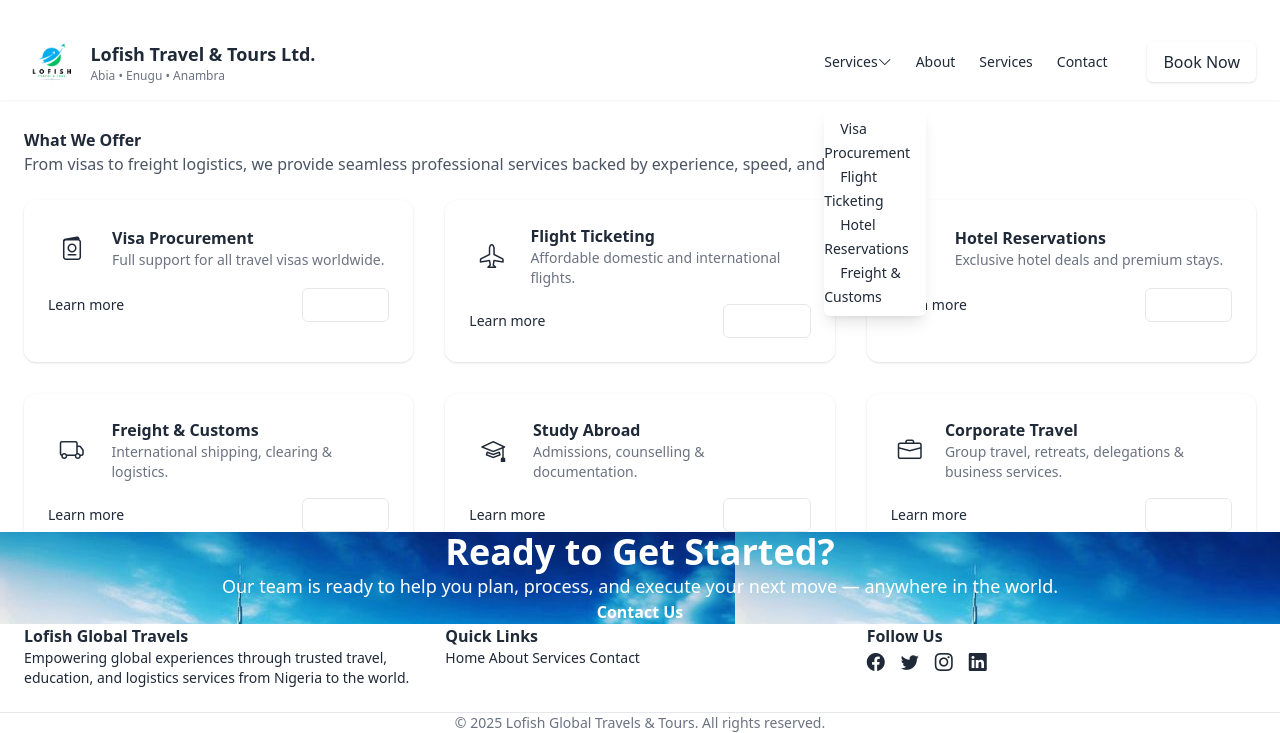
Repository: PhantomMiles/Lofish-Travels-and-Tours
Page: services.html
These files come from the project's save history. The page is drawn as it stood at one moment and after the next save; the edit follows.
The browser window is 1280 px wide. The pictures show the whole page.
Some web libraries are served in a nearby version.

Above is the page before, as saved 2025-11-14 11:03:27.

### services.html
<!DOCTYPE html>
<html lang="en">

<head>
  <meta charset="UTF-8" />
  <meta name="viewport" content="width=device-width, initial-scale=1.0" />
  <title>Our Services | Lofish Global Travels & Tours</title>

  <link rel="icon" type="image/png" href="img/logo_lofish.png" />
  <link rel="stylesheet" href="css/main.css">
  <link rel="stylesheet" href="node_modules/bootstrap-icons/font/bootstrap-icons.css">
  <link rel="preconnect" href="https://fonts.googleapis.com">
  <link rel="preconnect" href="https://fonts.gstatic.com" crossorigin>
  <link href="https://fonts.googleapis.com/css2?family=Lato:wght@300;400;700;900&display=swap" rel="stylesheet">
</head>

<body class="antialiased text-gray-800 bg-teal-500/5">


  <!-- ========================================================= -->
  <!-- HEADER (EXACT COPY FROM ABOUT.HTML) -->
  <!-- ========================================================= -->
  <header class="sticky top-0 z-50 w-full bg-white shadow-sm">
    <div class="flex items-center justify-between px-6 py-4 mx-auto max-w-7xl">

      <a class="flex items-center gap-3" href="index.html">
        <img src="img/logo_lofish.png" alt="Lofish logo" class="object-contain h-10 rounded-md w-14" />
        <div>
          <h1 class="text-lg font-semibold">Lofish Travel &amp; Tours Ltd.</h1>
          <p class="text-xs text-gray-500">Abia • Enugu • Anambra</p>
        </div>
      </a>

      <!-- Desktop nav -->
      <nav class="items-center hidden gap-6 md:flex">

        <!-- Services dropdown -->
        <div class="relative" id="servicesDropdownWrapper">
          <button id="servicesBtn" aria-expanded="false"
            class="flex items-center gap-2 py-1 text-sm font-medium text-gray-700 focus:outline-none group">
            Services
            <i class="bi bi-chevron-down"></i>
            <span
              class="absolute left-0 bottom-0 w-0 h-0.5 bg-teal-500 transition-all duration-300 group-hover:w-full"></span>
          </button>

          <div id="servicesDropdown"
            class="absolute right-0 invisible w-56 mt-2 transition-all origin-top-right transform scale-95 bg-white rounded-md shadow-lg opacity-0 pointer-events-none ring-1 ring-black ring-opacity-5">
            <div class="py-2">
              <a href="visa.html" class="block px-4 py-2 text-sm text-gray-700 hover:bg-teal-700/10">Visa Procurement</a>
              <a href="flights.html" class="block px-4 py-2 text-sm text-gray-700 hover:bg-teal-700/10">Flight Ticketing</a>
              <a href="hotels.html" class="block px-4 py-2 text-sm text-gray-700 hover:bg-teal-700/10">Hotel Reservations</a>
              <a href="freight.html" class="block px-4 py-2 text-sm text-gray-700 hover:bg-teal-700/10">Freight & Customs</a>
            </div>
          </div>
        </div>

        <a href="about.html"
          class="text-sm font-medium text-gray-700 hover:text-teal-600 transition relative group py-1">About
          <span class="absolute left-0 bottom-0 h-0.5 w-0 bg-teal-500 group-hover:w-full transition-all"></span>
        </a>
        <a href="services.html"
          class="text-sm font-medium text-teal-600 relative group py-1 border-b-2 border-teal-500">Services</a>
        <a href="contact.html"
          class="text-sm font-medium text-gray-700 hover:text-teal-600 transition relative group py-1">Contact
          <span class="absolute left-0 bottom-0 h-0.5 w-0 bg-teal-500 group-hover:w-full transition-all"></span>
        </a>

        <button id="bookBtn"
          class="px-4 py-2 ml-4 font-medium text-black transition rounded-md shadow bg-gold hover:brightness-95">
          Book Now
        </button>
      </nav>

      <!-- Mobile -->
      <div class="flex items-center gap-2 md:hidden">
        <button id="bookBtnMobile" class="px-3 py-2 text-sm font-medium text-black rounded-md bg-gold">Book</button>

        <button id="menuBtn" aria-expanded="false" class="p-2 border rounded-md">
          <svg xmlns="http://www.w3.org/2000/svg" class="w-6 h-6" fill="none" viewBox="0 0 24 24" stroke="currentColor">
            <path stroke-linecap="round" stroke-linejoin="round" stroke-width="2"
              d="M4 6h16M4 12h16M4 18h16" />
          </svg>
        </button>
      </div>

    </div>

    <!-- Mobile menu -->
    <div id="mobileMenu" class="hidden border-t md:hidden">
      <div class="px-4 py-4 space-y-3">

        <div class="space-y-1">
          <button id="mobileServicesBtn" aria-expanded="false"
            class="flex items-center justify-between w-full px-3 py-2 text-left rounded-md hover:bg-royalblue/5">
            <span class="font-medium">Services</span>
            <i class="bi bi-chevron-down text-gray-600"></i>
          </button>

          <div id="mobileServicesPanel" class="hidden pl-4 space-y-1">
            <a href="visa.html" class="block px-3 py-2 text-sm rounded-md hover:bg-royalblue/5">Visa Procurement</a>
            <a href="flights.html" class="block px-3 py-2 text-sm rounded-md hover:bg-royalblue/5">Flight Ticketing</a>
            <a href="hotels.html" class="block px-3 py-2 text-sm rounded-md hover:bg-royalblue/5">Hotel Reservations</a>
            <a href="freight.html" class="block px-3 py-2 text-sm rounded-md hover:bg-royalblue/5">Freight & Customs</a>
          </div>
        </div>

        <a href="about.html" class="block px-3 py-2 rounded-md hover:bg-royalblue/5">About</a>
        <a href="services.html" class="block px-3 py-2 rounded-md hover:bg-royalblue/5">Services</a>
        <a href="contact.html" class="block px-3 py-2 rounded-md hover:bg-royalblue/5">Contact</a>
      </div>
    </div>

  </header>

  <!-- ========================================================= -->
  <!-- HERO SECTION -->
  <!-- ========================================================= -->
  <section class="relative overflow-hidden bg-[url('img/services-hero.jpg')] bg-cover bg-center py-28">
    <div class="absolute inset-0 bg-black/50"></div>
    <div class="relative z-10 max-w-4xl px-6 mx-auto text-center text-white">
      <h1 class="mb-4 text-5xl font-extrabold">Our Services</h1>
      <p class="text-lg text-gray-200">
        Premium travel, logistics, and global mobility solutions tailored for individuals and corporations.
      </p>
    </div>
  </section>

  <!-- ========================================================= -->
  <!-- SERVICES GRID -->
  <!-- ========================================================= -->
  <section class="px-6 py-20 mx-auto max-w-7xl">

    <h2 class="text-3xl font-bold text-royalblue mb-6">What We Offer</h2>
    <p class="text-gray-600 max-w-2xl">
      From visas to freight logistics, we provide seamless professional services backed by experience, speed, and reliability.
    </p>

    <div class="grid gap-8 mt-10 sm:grid-cols-2 lg:grid-cols-3">

      <!-- CARD TEMPLATE -->
      <!-- Repeatable block with slide-in teal animation -->

      <!-- Visa Procurement -->
      <article
        class="relative p-6 overflow-hidden bg-white shadow rounded-xl hover:-translate-y-2 group transition-transform">
        <span
          class="absolute inset-0 bg-teal-800 translate-x-[-100%] group-hover:translate-x-0 transition-transform duration-500 ease-in-out"></span>

        <div class="relative flex items-center gap-4 group">
          <div
            class="flex items-center justify-center w-12 h-12 text-2xl bg-gold text-gold/20 rounded-lg transition-all duration-500 group-hover:bg-gold/20 group-hover:text-gold">
            <i class="bi bi-passport"></i>
          </div>

          <div>
            <h4 class="font-semibold text-gray-800 group-hover:text-white transition-colors duration-500">
              Visa Procurement
            </h4>
            <p class="text-sm text-gray-500 group-hover:text-teal-50 transition-colors duration-500">
              Full support for all travel visas worldwide.
            </p>
          </div>
        </div>

        <div class="relative flex items-center justify-between mt-4 group">
          <a href="visa.html"
            class="text-sm text-teal-600 group-hover:text-teal-50 transition-colors duration-500">Learn more</a>
          <button
            class="px-3 py-1 text-white bg-teal-700 border border-teal-500 rounded-md group-hover:bg-white group-hover:text-teal-700 transition-all duration-500">
            Request
          </button>
        </div>
      </article>

      <!-- Flight Ticketing -->
      <article
        class="relative p-6 overflow-hidden bg-white shadow rounded-xl hover:-translate-y-2 group transition-transform">
        <span
          class="absolute inset-0 bg-teal-800 translate-x-[-100%] group-hover:translate-x-0 transition-transform duration-500 ease-in-out"></span>

        <div class="relative flex items-center gap-4 group">
          <div
            class="flex items-center justify-center w-12 h-12 text-2xl bg-gold text-gold/20 rounded-lg group-hover:bg-gold/20 group-hover:text-gold transition">
            <i class="bi bi-airplane"></i>
          </div>

          <div>
            <h4 class="font-semibold text-gray-800 transition-colors duration-500 group-hover:text-white">Flight
              Ticketing</h4>
            <p class="text-sm text-gray-500 transition-colors duration-500 group-hover:text-teal-50">Affordable
              domestic and international flights.</p>
          </div>
        </div>

        <div class="relative flex items-center justify-between mt-4 group">
          <a href="flights.html"
            class="text-sm text-teal-600 transition-colors duration-500 group-hover:text-teal-50">Learn more</a>
          <button
            class="px-3 py-1 text-white bg-teal-700 border border-teal-500 rounded-md group-hover:bg-white group-hover:text-teal-700 transition-all duration-500">
            Request
          </button>
        </div>
      </article>

      <!-- Hotel Reservations -->
      <article
        class="relative p-6 overflow-hidden bg-white shadow rounded-xl hover:-translate-y-2 group transition-transform">
        <span
          class="absolute inset-0 bg-teal-800 translate-x-[-100%] group-hover:translate-x-0 transition-transform duration-500 ease-in-out"></span>

        <div class="relative flex items-center gap-4 group">
          <div
            class="flex items-center justify-center w-12 h-12 text-2xl bg-gold text-gold/20 rounded-lg group-hover:bg-gold/20 group-hover:text-gold transition">
            <i class="bi bi-building"></i>
          </div>

          <div>
            <h4 class="font-semibold text-gray-800 group-hover:text-white transition-colors duration-500">Hotel
              Reservations</h4>
            <p class="text-sm text-gray-500 group-hover:text-teal-50 transition-colors duration-500">Exclusive hotel
              deals and premium stays.</p>
          </div>
        </div>

        <div class="relative flex items-center justify-between mt-4 group">
          <a href="hotels.html"
            class="text-sm text-teal-600 transition-colors duration-500 group-hover:text-teal-50">Learn more</a>
          <button
            class="px-3 py-1 text-white bg-teal-700 border border-teal-500 rounded-md group-hover:bg-white group-hover:text-teal-700 transition-all duration-500">
            Request
          </button>
        </div>
      </article>

      <!-- Freight -->
      <article
        class="relative p-6 overflow-hidden bg-white shadow rounded-xl hover:-translate-y-2 group transition-transform">
        <span
          class="absolute inset-0 bg-teal-800 translate-x-[-100%] group-hover:translate-x-0 transition-transform duration-500 ease-in-out"></span>

        <div class="relative flex items-center gap-4 group">
          <div
            class="flex items-center justify-center w-12 h-12 text-2xl bg-gold text-gold/20 rounded-lg group-hover:bg-gold/20 group-hover:text-gold transition">
            <i class="bi bi-truck"></i>
          </div>

          <div>
            <h4 class="font-semibold text-gray-800 group-hover:text-white transition-colors duration-500">Freight &
              Customs</h4>
            <p class="text-sm text-gray-500 group-hover:text-teal-50 transition-colors duration-500">
              International shipping, clearing & logistics.</p>
          </div>
        </div>

        <div class="relative flex items-center justify-between mt-4 group">
          <a href="freight.html"
            class="text-sm text-teal-600 group-hover:text-teal-50 transition-colors duration-500">Learn more</a>
          <button
            class="px-3 py-1 text-white bg-teal-700 border border-teal-500 rounded-md group-hover:bg-white group-hover:text-teal-700 transition-all duration-500">
            Request
          </button>
        </div>
      </article>

      <!-- Study Abroad -->
      <article
        class="relative p-6 overflow-hidden bg-white shadow rounded-xl hover:-translate-y-2 group transition-transform">
        <span
          class="absolute inset-0 bg-teal-800 translate-x-[-100%] group-hover:translate-x-0 transition-transform duration-500 ease-in-out"></span>

        <div class="relative flex items-center gap-4 group">
          <div
            class="flex items-center justify-center w-12 h-12 text-2xl bg-gold text-gold/20 rounded-lg group-hover:bg-gold/20 group-hover:text-gold transition">
            <i class="bi bi-mortarboard"></i>
          </div>

          <div>
            <h4 class="font-semibold text-gray-800 group-hover:text-white transition-colors duration-500">Study Abroad
            </h4>
            <p class="text-sm text-gray-500 group-hover:text-teal-50 transition-colors duration-500">Admissions,
              counselling & documentation.</p>
          </div>
        </div>

        <div class="relative flex items-center justify-between mt-4 group">
          <a href="study.html"
            class="text-sm text-teal-600 group-hover:text-teal-50 transition-colors duration-500">Learn more</a>
          <button
            class="px-3 py-1 text-white bg-teal-700 border border-teal-500 rounded-md group-hover:bg-white group-hover:text-teal-700 transition-all duration-500">
            Request
          </button>
        </div>
      </article>

      <!-- Corporate Travel -->
      <article
        class="relative p-6 overflow-hidden bg-white shadow rounded-xl hover:-translate-y-2 group transition-transform">
        <span
          class="absolute inset-0 bg-teal-800 translate-x-[-100%] group-hover:translate-x-0 transition-transform duration-500 ease-in-out"></span>

        <div class="relative flex items-center gap-4 group">
          <div
            class="flex items-center justify-center w-12 h-12 text-2xl bg-gold text-gold/20 rounded-lg group-hover:bg-gold/20 group-hover:text-gold transition">
            <i class="bi bi-briefcase"></i>
          </div>

          <div>
            <h4 class="font-semibold text-gray-800 group-hover:text-white transition-colors duration-500">Corporate
              Travel</h4>
            <p class="text-sm text-gray-500 group-hover:text-teal-50 transition-colors duration-500">Group travel,
              retreats, delegations & business services.</p>
          </div>
        </div>

        <div class="relative flex items-center justify-between mt-4 group">
          <a href="corporate.html"
            class="text-sm text-teal-600 group-hover:text-teal-50 transition-colors duration-500">Learn more</a>
          <button
            class="px-3 py-1 text-white bg-teal-700 border border-teal-500 rounded-md group-hover:bg-white group-hover:text-teal-700 transition-all duration-500">
            Request
          </button>
        </div>
      </article>

    </div>

  </section>


  <!-- ========================================================= -->
  <!-- CTA SECTION -->
  <!-- ========================================================= -->
  <section class="relative py-20 text-center text-white bg-fixed bg-center bg-cover"
    style="background-image:url('./img/cta.jpg');">
    <div class="absolute inset-0 bg-black/70"></div>

    <div class="relative z-10 max-w-3xl mx-auto px-6">
      <h2 class="text-4xl font-bold mb-4">Ready to Get Started?</h2>
      <p class="text-lg text-blue-100 mb-6">
        Our team is ready to help you plan, process, and execute your next move — anywhere in the world.
      </p>

      <a href="contact.html"
        class="px-8 py-3 font-semibold text-black bg-gold rounded-md hover:bg-yellow-400 transition">
        Contact Us
      </a>
    </div>
  </section>



  <!-- ========================================================= -->
  <!-- FOOTER (EXACT COPY FROM ABOUT PAGE) -->
  <!-- ========================================================= -->
  <footer class="py-10 text-gray-300 bg-gray-900">
    <div class="grid gap-8 px-6 mx-auto max-w-7xl md:grid-cols-3">
      <div>
        <h3 class="mb-4 text-xl font-bold text-gold">Lofish Global Travels</h3>
        <p class="text-sm text-gray-400">
          Empowering global experiences through trusted travel, education, and logistics services from Nigeria to the world.
        </p>
      </div>

      <div>
        <h3 class="mb-4 text-xl font-bold text-gold">Quick Links</h3>
        <div class="space-x-4 space-y-4 text-sm">
          <a href="index.html" class="hover:text-gold">Home</a>
          <a href="about.html" class="hover:text-gold">About</a>
          <a href="services.html" class="hover:text-gold">Services</a>
          <a href="contact.html" class="hover:text-gold">Contact</a>
        </div>
      </div>

      <div>
        <h3 class="mb-4 text-xl font-bold text-gold">Follow Us</h3>
        <div class="flex gap-4 text-lg">
          <a href="#" class="hover:text-gold"><i class="bi bi-facebook"></i></a>
          <a href="#" class="hover:text-gold"><i class="bi bi-twitter"></i></a>
          <a href="#" class="hover:text-gold"><i class="bi bi-instagram"></i></a>
          <a href="#" class="hover:text-gold"><i class="bi bi-linkedin"></i></a>
        </div>
      </div>
    </div>

    <hr class="mx-auto mt-6 w-[95%]">
    <div class="mt-10 text-sm text-center text-gray-500">
      © 2025 Lofish Global Travels & Tours. All rights reserved.
    </div>
  </footer>



  <!-- ========================================================= -->
  <!-- SCRIPTS (EXACT COPY FROM ABOUT PAGE) -->
  <!-- ========================================================= -->
  <script>
    // Header toggles
    const menuBtn = document.getElementById('menuBtn');
    const mobileMenu = document.getElementById('mobileMenu');
    const bookBtn = document.getElementById('bookBtn');
    const bookBtnMobile = document.getElementById('bookBtnMobile');
    const bookingModal = document.getElementById('bookingModal');
    const closeModal = document.getElementById('closeModal');
    const modalCancel = document.getElementById('modalCancel');

    menuBtn?.addEventListener('click', () => {
      const expanded = menuBtn.getAttribute('aria-expanded') === 'true';
      menuBtn.setAttribute('aria-expanded', String(!expanded));
      mobileMenu.classList.toggle('hidden');
    });

    // Desktop Services dropdown
    const servicesBtn = document.getElementById('servicesBtn');
    const servicesDropdown = document.getElementById('servicesDropdown');
    const servicesWrapper = document.getElementById('servicesDropdownWrapper');

    function openServices() {
      servicesDropdown.classList.remove('invisible', 'opacity-0', 'pointer-events-none', 'scale-95');
      servicesDropdown.classList.add('visible', 'opacity-100', 'pointer-events-auto', 'scale-100');
      servicesBtn.setAttribute('aria-expanded', 'true');
    }
    function closeServices() {
      servicesDropdown.classList.add('invisible', 'opacity-0', 'pointer-events-none', 'scale-95');
      servicesDropdown.classList.remove('visible', 'opacity-100', 'pointer-events-auto', 'scale-100');
      servicesBtn.setAttribute('aria-expanded', 'false');
    }

    servicesBtn?.addEventListener('click', (e) => {
      e.stopPropagation();
      const expanded = servicesBtn.getAttribute('aria-expanded') === 'true';
      if (expanded) closeServices();
      else openServices();
    });

    document.addEventListener('click', (e) => {
      if (!servicesWrapper.contains(e.target)) closeServices();
    });

    const mobileServicesBtn = document.getElementById('mobileServicesBtn');
    const mobileServicesPanel = document.getElementById('mobileServicesPanel');
    mobileServicesBtn?.addEventListener('click', () => {
      const expanded = mobileServicesBtn.getAttribute('aria-expanded') === 'true';
      mobileServicesBtn.setAttribute('aria-expanded', String(!expanded));
      mobileServicesPanel.classList.toggle('hidden');
    });

    // Booking modal
    ;[bookBtn, bookBtnMobile].forEach(b => b?.addEventListener('click', () => {
      bookingModal.classList.remove('hidden');
      bookingModal.querySelector('input')?.focus();
    }));
    closeModal?.addEventListener('click', () => bookingModal.classList.add('hidden'));
    modalCancel?.addEventListener('click', () => bookingModal.classList.add('hidden'));
    bookingModal?.addEventListener('click', (e) => {
      if (e.target === bookingModal) bookingModal.classList.add('hidden');
    });

    // Reveal animation
    const obs = new IntersectionObserver((entries) => {
      entries.forEach(e => {
        if (e.isIntersecting) e.target.classList.add('opacity-100', 'translate-y-0');
      });
    }, {
      threshold: 0.15
    });

    document.querySelectorAll('article, section > .p-6, .bg-white').forEach(el => {
      el.classList.add('opacity-0', 'translate-y-6', 'transition', 'duration-700');
      obs.observe(el);
    });
  </script>

</body>

</html>

Loaded but not shown: node_modules/bootstrap-icons/font/bootstrap-icons.css (library); css/main.css (1069 lines, source omitted)

After the next save:
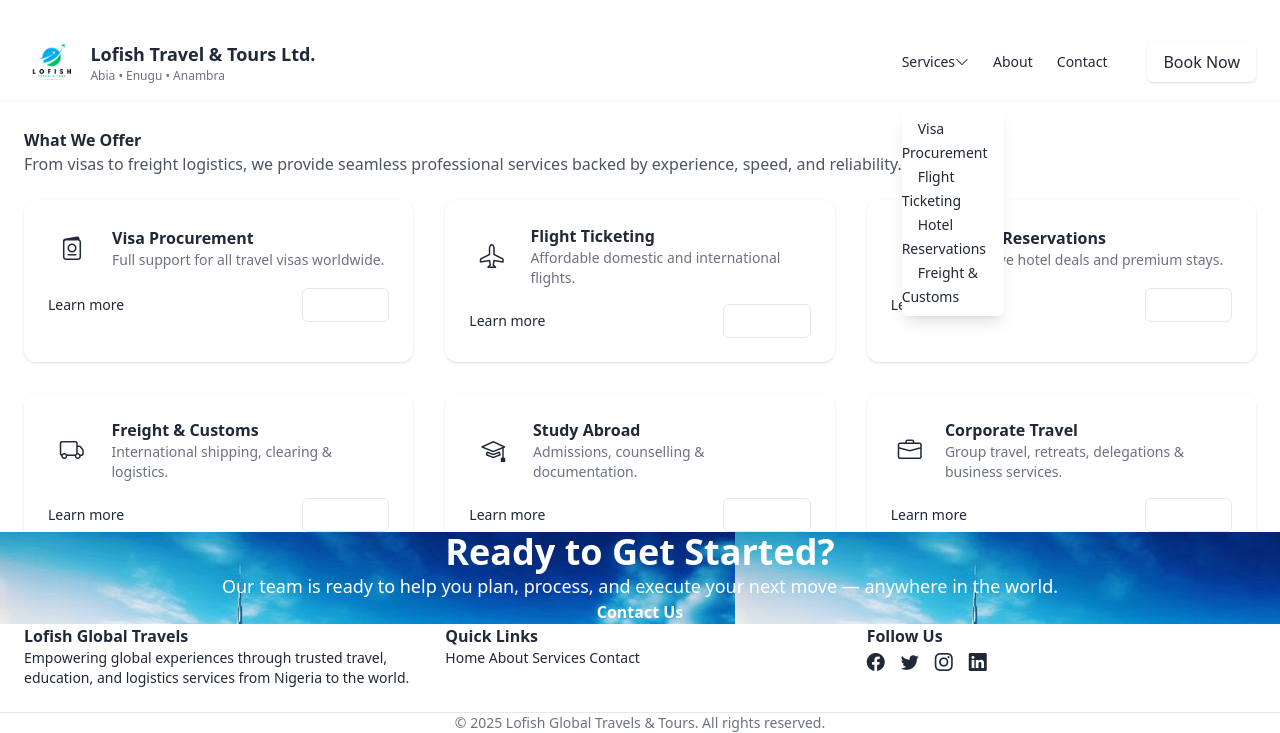
Saved 21 s later.
--- a/services.html
+++ b/services.html
@@ -59,8 +59,7 @@
           class="text-sm font-medium text-gray-700 hover:text-teal-600 transition relative group py-1">About
           <span class="absolute left-0 bottom-0 h-0.5 w-0 bg-teal-500 group-hover:w-full transition-all"></span>
         </a>
-        <a href="services.html"
-          class="text-sm font-medium text-teal-600 relative group py-1 border-b-2 border-teal-500">Services</a>
+
         <a href="contact.html"
           class="text-sm font-medium text-gray-700 hover:text-teal-600 transition relative group py-1">Contact
           <span class="absolute left-0 bottom-0 h-0.5 w-0 bg-teal-500 group-hover:w-full transition-all"></span>
